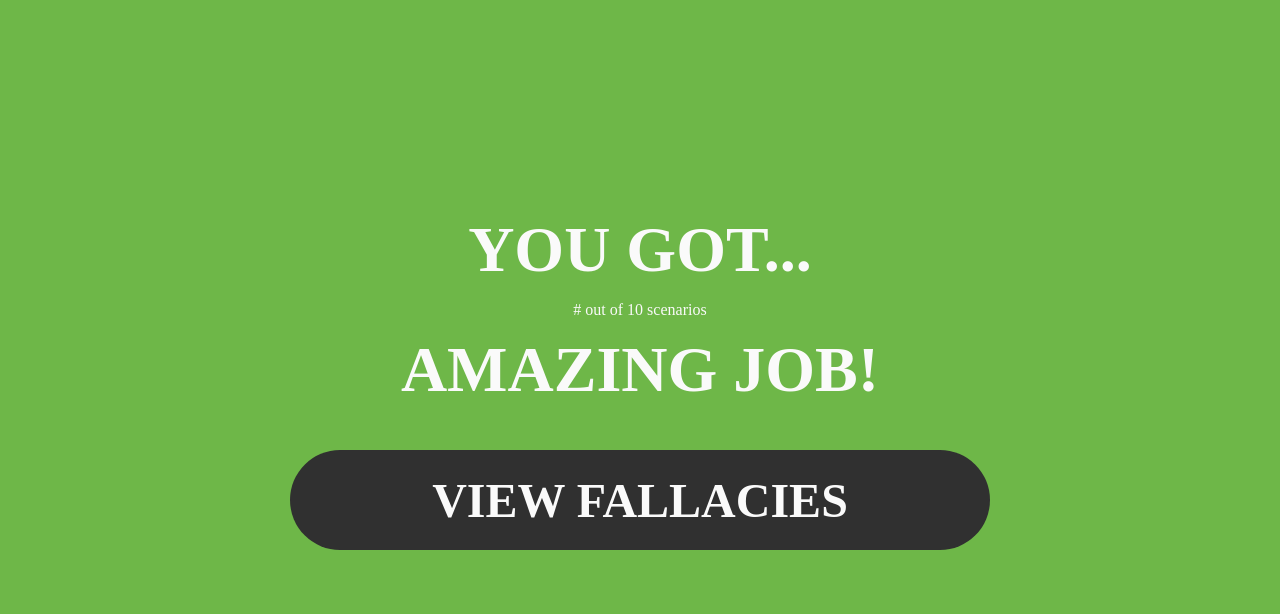
Repository: cindyvunguyen/fallacy
Page: index.html
The author's editor kept a copy of each file at every save. The page is drawn from the files as they stood at one save, then again after the next save.
The browser window is 1280 px wide. The pictures show the whole page.
Some web fonts or font styles are not loaded; a fallback is used.

Above is the page before, as saved 2020-03-12 17:08:37.

### index.html
<!DOCTYPE html>
<html lang="en">
<head>
    <meta charset="UTF-8">
    <meta name="viewport" content="width=device-width, initial-scale=1.0">
    <title>FALLACIES</title>
    <link href="style.css" rel="stylesheet" type="text/css">
</head>
<body>
    <div id="app">

        <!-- CINDY START -->

        <div id="home-page"></div>

        <div id="lets-start-page"></div>

        <div id="question-page"></div>

        <!-- CINDY END -->

        <!-- SOPHIA START -->

        <div id="correct-page">
            <div id="icon"></div>
            <div id="cp-text1">HORRAY!</div>
            <div id="cp-a-outcome">
                <div id="cp-text2">You avoided the</div>
                <div id="cp-fallacy">BANDWAGON FALLACY</div>
                <div id="cp-text2">which is</div>
            </div>
            <div id="cp-definition">Listening to what is popular instead of listening to yourself.</div>
            <button class="white-button">NEXT QUESTION</button>
        </div>

        <div id="incorrect-page">
            <div id="icon"></div>
            <div id="cp-text1">OH NO!</div>
            <div id="cp-a-outcome">
                <div id="cp-text2">You committed the</div>
                <div id="cp-fallacy">BANDWAGON FALLACY</div>
                <div id="cp-text2">which is</div>
            </div>
            <div id="cp-definition">Listening to what is popular instead of listening to yourself.</div>
            <button class="white-button">NEXT QUESTION</button>
        </div>

        <!-- the two above pages technically have the same HTML. so you can only have 1 div and change the CSS through JS. it's entirely up to you. -->

        <div id="results-page">
            <div id="rp-text">
                <div id="rp-message">YOU GOT...</div>
                <div id="rp-results"># out of 10 scenarios</div>
                <div id="rp-message">AMAZING JOB!</div>
            </div>
            <button class="grey-button">VIEW FALLACIES</button>
        </div>

        <div id="game-over-page"></div>

        <!-- the two above pages technically have the same HTML, so you can only have 1 div and change the CSS through JS. it's entirely up to you. -->

        <!-- SOPHIA END -->

        <!-- CHLOE START -->

        <div id="review-page"></div>

        <div id="review2-page"></div>

        <div id="fallacy-review-page"></div>

        <div id="three-fallacies-page"></div>
        <!-- change the page's content with JS to show all three fallacies when clicked -->

        <!-- CHLOE END -->
        <script src="js.js"></script>
    </div>
</body>
</html>

### style.css
body {
    margin: 0;
}

#app {
    width: 100vw;
    height: 100vh;
    font-family: Visby;
    background-color: #468091;
    color: #FAFAFA;
}

@font-face {
    font-family: Visby;
    src: url(fonts/VisbyRoundCF-Regular.otf) format("woff");
}

@font-face {
    font-family: Visby;
    src: url(fonts/VisbyRoundCF-ExtraBold.otf) format("woff");
    font-weight: bold;
}

.pink-button {
    height: 100px;
    width: 700px;
    background-color: #ed2265;
    border: 0px;
    border-radius: 75px;
    font-family: Visby;
    font-weight: bold;
    font-size: 36pt;
    color: #FAFAFA;
    outline: 0;
}

.pink-button:active {
    background-color: #9c1542;
}

.white-button {
    height: 100px;
    width: 700px;
    background-color: #FAFAFA;
    border: 0px;
    border-radius: 75px;
    font-family: Visby;
    font-weight: bold;
    font-size: 36pt;
    color: #303030;
    outline: 0;
}

.white-button:active {
    background-color: #9e9e9e;
}

.grey-button {
    height: 100px;
    width: 700px;
    background-color: #303030;
    border: 0px;
    border-radius: 75px;
    font-family: Visby;
    font-weight: bold;
    font-size: 36pt;
    color: #FAFAFA;
    outline: 0;
}

.grey-button:active {
    background-color: #000000;
}

/* CINDY START */

/* CINDY END */

/* SOPHIA START */

/* correct page */
#correct-page {
    width: 100vw;
    height: 100vh;
    /* display: flex; */
    display: none;
    flex-direction: column;
    align-items: center;
    justify-content: center;
    background-color: #6eb748; /* incorrect, change to #860000*/
}

#icon {
    background-color: olive;
    width: 150px;
    height: 150px;
    border-radius: 50%;
}

#cp-text1 {
    font-size: 36pt;
    font-weight: bold;
    padding: 35px 0;
}

#cp-text2 {
    font-size: 16pt;
    font-weight: bold;
}

#cp-fallacy {
    font-size: 36pt;
    font-weight: bold;
}

#cp-definition {
    font-size: 16pt;
    line-height: 150px;
}

#cp-a-outcome {
    line-height: 60px;
    display: flex;
    flex-direction: column;
    align-items: center;
    justify-content: center;
}

/* icorrect page */
#incorrect-page {
    width: 100vw;
    height: 100vh;
    /* display: flex; */
    display: none;
    flex-direction: column;
    align-items: center;
    justify-content: center;
    background-color: #860000;
}

#incorrect-icon {
    background-color: olive;
    width: 150px;
    height: 150px;
    border-radius: 50%;
}

#ip-text1 {
    font-size: 36pt;
    font-weight: bold;
    padding: 35px 0;
}

#ip-text2 {
    font-size: 16pt;
    font-weight: bold;
}

#ip-fallacy {
    font-size: 36pt;
    font-weight: bold;
}

#ip-definition {
    font-size: 16pt;
    line-height: 150px;
}

#ip-a-outcome {
    line-height: 60px;
    display: flex;
    flex-direction: column;
    align-items: center;
    justify-content: center;
}

/* results page */
#results-page {
    width: 100vw;
    height: 100vh;
    display: flex;
    /* display: none; */
    flex-direction: column;
    align-items: center;
    justify-content: center;
    background-color: #6eb748; /* incorrect, change to #860000*/
}

#rp-text {
    padding: 50px;
    line-height: 60px;
    display: flex;
    flex-direction: column;
    align-items: center;
    justify-content: center;
}

#rp-message {
    font-size: 48pt;
    font-weight: bold;
}
/* SOPHIA END */

/* CHLOE START */

/* CHLOE END */

### js.js
// CINDY START

// CINDY END

// SOPHIA START

// SOPHIA END

// CHLOE START

// CHLOE END

After the next save:
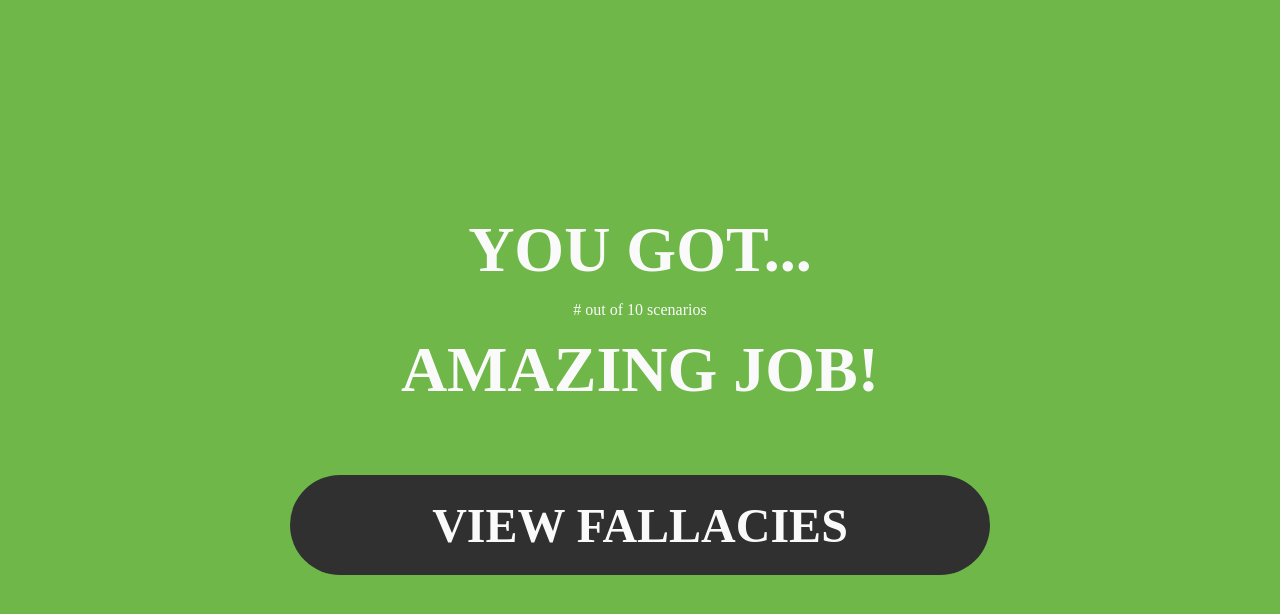
Saved 10 s later.
--- a/style.css
+++ b/style.css
@@ -187,7 +187,7 @@ body {
 }
 
 #rp-text {
-    padding: 50px;
+    padding: 75px;
     line-height: 60px;
     display: flex;
     flex-direction: column;
